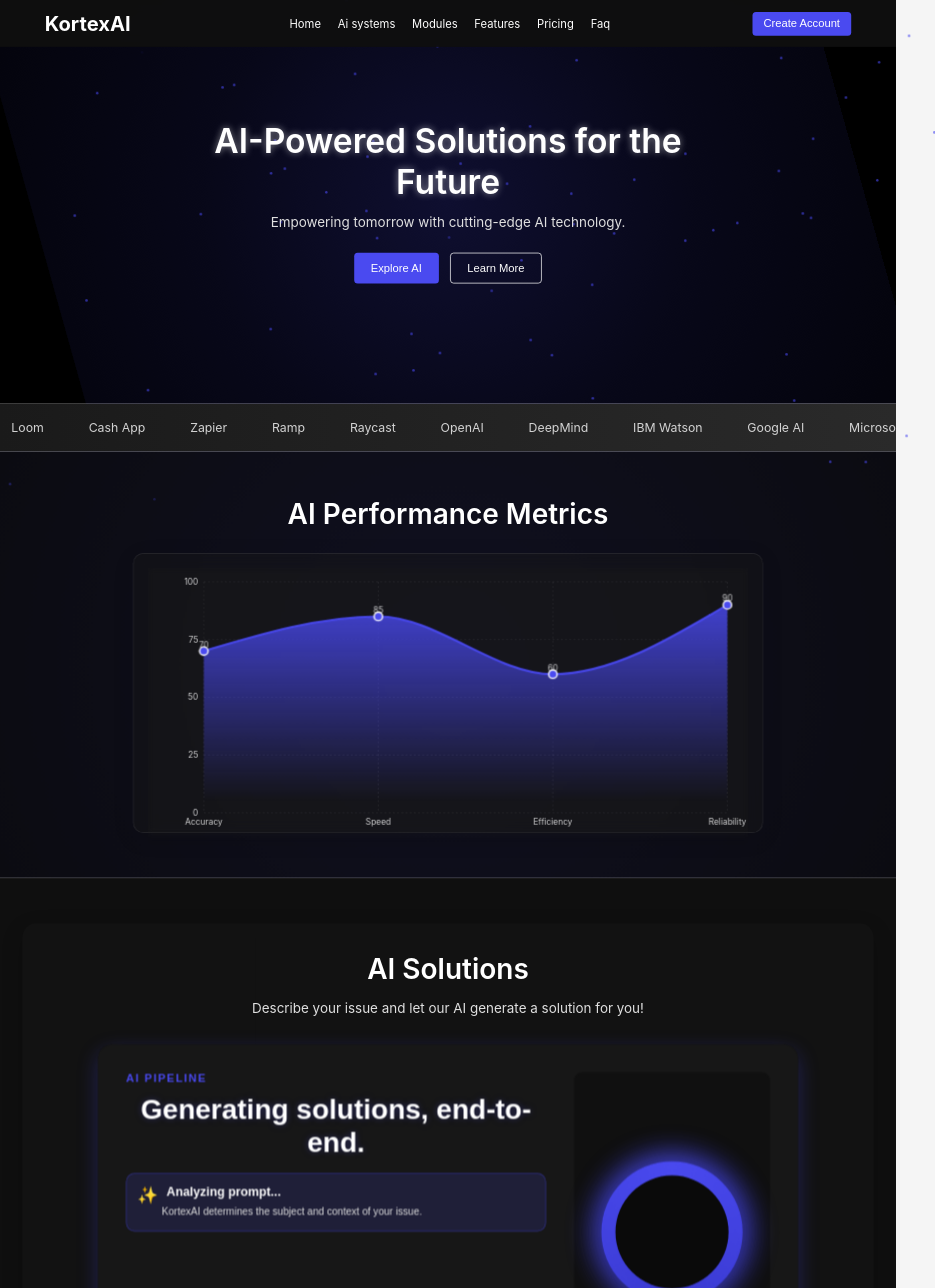
Repository: Rayyy-dev/Kortex-AI
Page: /
An editor plug-in stored every save of this project. The page is shown before and after a run of saves, followed by the edit.
The browser window is 1280 px wide. The page is 1336 px wide, so the pictures cover 1336 px, including what lies to the right of the window. The pictures show the part of the page from y = 0 to 1840 px (the page is 3316 px tall), at 70% of full size.
The project was rebuilt for these pictures with package versions that can differ from the ones it lists, and the page was loaded fresh each time.

Above is the page before, as saved 2024-10-15 20:31:57.

After the next 2 saves:
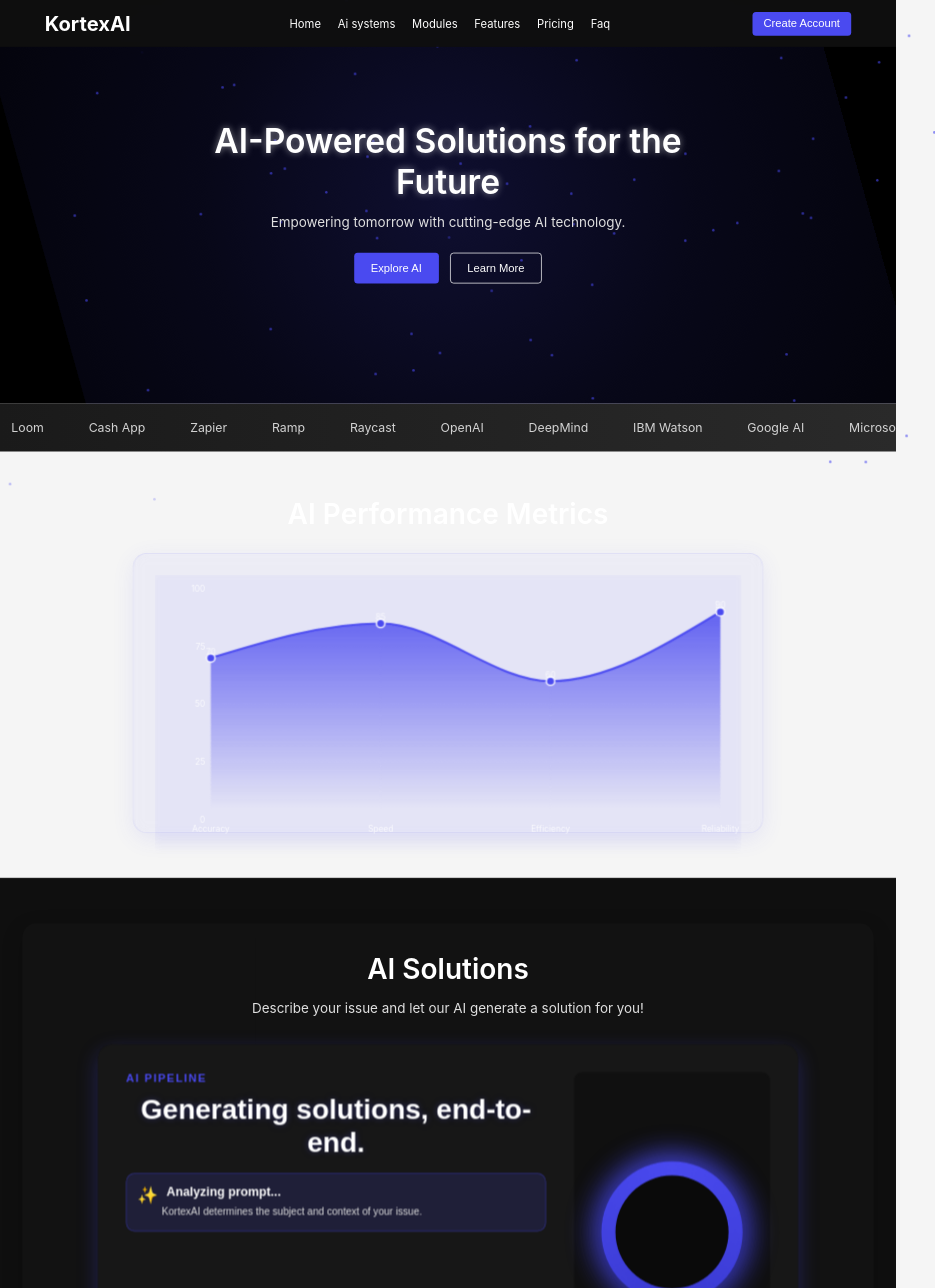
The 2 saves are shown as one change because they came seconds apart.
The last was saved 5 min 8 s later.
--- a/src/App.css
+++ b/src/App.css
@@ -1087,21 +1087,9 @@
 
 /* Performance Metrics Section */
 .performance-metrics {
-  background-color: #0a0a0a;
   padding: 4rem 2rem;
   position: relative;
   overflow: hidden;
-}
-
-.performance-metrics::before {
-  content: '';
-  position: absolute;
-  top: -50%;
-  left: -50%;
-  right: -50%;
-  bottom: -50%;
-  background: radial-gradient(circle at center, rgba(74, 74, 240, 0.1) 0%, transparent 70%);
-  animation: pulse 10s infinite alternate;
 }
 
 .performance-metrics h2 {
@@ -1115,13 +1103,13 @@
 .graph-container {
   position: relative;
   z-index: 1;
-  background: rgba(26, 26, 26, 0.4);
-  border-radius: 15px;
-  padding: 20px;
-  box-shadow: 0 8px 32px rgba(0, 0, 0, 0.1);
+  background: rgba(74, 74, 240, 0.05);
+  border-radius: 20px;
+  padding: 30px;
+  box-shadow: 0 8px 32px rgba(74, 74, 240, 0.1);
   backdrop-filter: blur(10px);
+  border: 1px solid rgba(74, 74, 240, 0.1);
   animation: fadeInUp 1s ease-out;
-  border: 1px solid rgba(255, 255, 255, 0.1);
 }
 
 .recharts-wrapper {
@@ -1130,11 +1118,11 @@
 
 .recharts-cartesian-grid-horizontal line,
 .recharts-cartesian-grid-vertical line {
-  stroke: rgba(255, 255, 255, 0.1);
+  stroke: rgba(255, 255, 255, 0.05);
 }
 
 .recharts-text {
-  fill: rgba(255, 255, 255, 0.8);
+  fill: rgba(255, 255, 255, 0.7);
   font-size: 12px;
 }
 
@@ -1144,7 +1132,48 @@
 
 .recharts-tooltip-wrapper {
   background-color: rgba(26, 26, 26, 0.8);
-  border: 1px solid rgba(255, 255, 255, 0.1);
+  border: 1px solid rgba(74, 74, 240, 0.2);
+  border-radius: 10px;
+  box-shadow: 0 4px 20px rgba(74, 74, 240, 0.1);
+  backdrop-filter: blur(10px);
+}
+
+.custom-tooltip {
+  background-color: transparent;
+  padding: 10px;
+  border-radius: 5px;
+}
+
+.custom-tooltip .label {
+  color: rgba(255, 255, 255, 0.9);
+  font-size: 0.9rem;
+  margin: 0;
+}
+
+.recharts-active-dot {
+  filter: drop-shadow(0 0 5px rgba(74, 74, 240, 0.8));
+}
+
+@keyframes fadeInUp {
+  from {
+    opacity: 0;
+    transform: translateY(20px);
+  }
+  to {
+    opacity: 1;
+    transform: translateY(0);
+  }
+}
+
+@keyframes drawChart {
+  from {
+    opacity: 0;
+    transform: translateY(20px);
+  }
+  to {
+    opacity: 1;
+    transform: translateY(0);
+  }
 }
 
 @import url('https://fonts.googleapis.com/css2?family=Inter:wght@300;400;600;700&display=swap');
